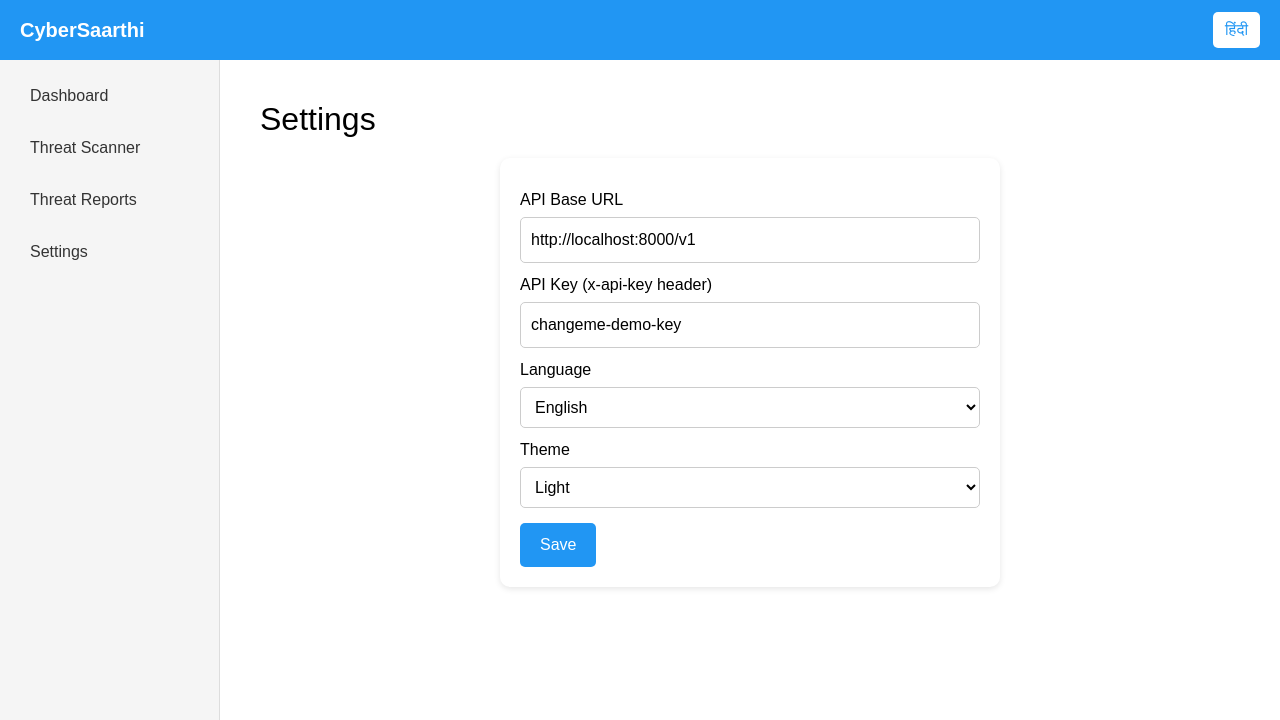
Repository: riyaaaa19/CyberSaarthi
Page: /settings (app in frontend/)
These files come from the project's save history. The page is drawn as it stood at one moment and after the next save; the edit follows.
The browser window is 1280 px wide. The pictures show the whole page.
The project was rebuilt for these pictures with package versions that can differ from the ones it lists, and the page was loaded fresh each time. Also part of the build but not shown: frontend/vite.config.ts, frontend/src/services/api.js, frontend/src/pages/Dashboard.js, frontend/src/pages/Scanner.js, frontend/src/pages/Reports.js.

Above is the page before, as saved 2025-08-21 16:50:20.

### frontend/src/index.js
import React from "react";
import ReactDOM from "react-dom/client";
import App from "./App";
import "bootstrap/dist/css/bootstrap.min.css";
import "./styles/style.css";

const root = ReactDOM.createRoot(document.getElementById("root"));
root.render(<App />);

### frontend/src/App.js
import React from "react";
import { BrowserRouter as Router, Routes, Route, Navigate } from "react-router-dom";
import Navbar from "./components/Navbar";
import Sidebar from "./components/Sidebar";
import Dashboard from "./pages/Dashboard";
import Scanner from "./pages/Scanner";
import Reports from "./pages/Reports";
import Settings from "./pages/Settings";
import { ThemeLangProvider } from "./ThemeLangContext";  // ✅ Import provider

function App() {
  const layoutStyle = { display: "flex" };
  const contentStyle = { marginLeft: "220px", flex: 1, padding: "20px" };

  return (
    <ThemeLangProvider>
      <Router>
        <Navbar />
        <div style={layoutStyle}>
          <Sidebar />
          <div style={contentStyle}>
            <Routes>
              <Route path="/" element={<Navigate to="/dashboard" />} />
              <Route path="/dashboard" element={<Dashboard />} />
              <Route path="/scanner" element={<Scanner />} />
              <Route path="/reports" element={<Reports />} />
              <Route path="/settings" element={<Settings />} />
            </Routes>
          </div>
        </div>
      </Router>
    </ThemeLangProvider>
  );
}

export default App;

### frontend/src/styles/style.css
body {
  font-family: 'Poppins', sans-serif;
  background: #f8f9fa;
}
.sidebar {
  width: 250px;
  background: #fff;
  min-height: 100vh;
}
.nav-link.active {
  background-color: #0d6efd !important;
  color: #fff !important;
}

### frontend/src/components/Navbar.js
import React from "react";
import { t, setLang } from "../i18n";

function Navbar() {
  const barStyle = {
    display: "flex",
    justifyContent: "space-between",
    alignItems: "center",
    padding: "12px 20px",
    background: "#2196f3",
    color: "white",
    position: "sticky",
    top: 0,
    zIndex: 1000
  };

  const brandStyle = { fontSize: "20px", fontWeight: "bold" };

  const toggleLang = () => {
    const current = localStorage.getItem("LANG") || "en";
    const newLang = current === "en" ? "hi" : "en";
    setLang(newLang); // reloads app with new lang
  };

  return (
    <nav style={barStyle}>
      <div style={brandStyle}>{t("app.title")}</div>
      <button
        onClick={toggleLang}
        style={{
          padding: "6px 12px",
          background: "white",
          color: "#2196f3",
          border: "none",
          borderRadius: "5px",
          cursor: "pointer"
        }}
      >
        {localStorage.getItem("LANG") === "hi" ? "EN" : "हिंदी"}
      </button>
    </nav>
  );
}

export default Navbar;

### frontend/src/components/Sidebar.js
import React from "react";
import { NavLink } from "react-router-dom";
import { t } from "../i18n";

function Sidebar() {
  const sidebarStyle = {
    width: "220px",
    background: "#f5f5f5",
    height: "100vh",
    padding: "20px",
    position: "fixed",
    top: 0,
    left: 0,
    overflowY: "auto",
    borderRight: "1px solid #ddd"
  };

  const linkStyle = {
    display: "block",
    padding: "10px",
    marginBottom: "8px",
    color: "#333",
    textDecoration: "none",
    borderRadius: "5px"
  };

  const activeStyle = {
    background: "#2196f3",
    color: "white"
  };

  return (
    <div style={sidebarStyle}>
      <h3 style={{ marginBottom: "20px" }}>Menu</h3>
      <NavLink to="/dashboard" style={linkStyle} activeStyle={activeStyle}>{t("dashboard.title")}</NavLink>
      <NavLink to="/scanner" style={linkStyle} activeStyle={activeStyle}>{t("scanner.title")}</NavLink>
      <NavLink to="/reports" style={linkStyle} activeStyle={activeStyle}>{t("reports.title")}</NavLink>
      <NavLink to="/settings" style={linkStyle} activeStyle={activeStyle}>{t("settings.title")}</NavLink>
    </div>
  );
}

export default Sidebar;

### frontend/src/pages/Settings.js
import React, { useState, useEffect } from "react";
import { t, setLang } from "../i18n";

function Settings() {
  const [apiBase, setApiBase] = useState(localStorage.getItem("API_BASE") || "http://localhost:8000/v1");
  const [apiKey, setApiKey] = useState(localStorage.getItem("API_KEY") || "changeme-demo-key");
  const [theme, setTheme] = useState(localStorage.getItem("THEME") || "light");
  const [lang, setLanguage] = useState(localStorage.getItem("LANG") || "en");

  useEffect(() => {
    document.body.style.background = theme === "dark" ? "#121212" : "#fff";
    document.body.style.color = theme === "dark" ? "#f5f5f5" : "#000";
  }, [theme]);

  const saveSettings = () => {
    localStorage.setItem("API_BASE", apiBase);
    localStorage.setItem("API_KEY", apiKey);
    localStorage.setItem("THEME", theme);
    setLang(lang); // language save + reload
  };

  const boxStyle = {
    background: theme === "dark" ? "#1e1e1e" : "#fff",
    color: theme === "dark" ? "#f5f5f5" : "#000",
    padding: "20px",
    borderRadius: "10px",
    maxWidth: "500px",
    margin: "20px auto",
    boxShadow: "0 2px 6px rgba(0,0,0,0.1)"
  };

  const labelStyle = { display: "block", margin: "10px 0 5px" };
  const inputStyle = {
    width: "100%",
    padding: "10px",
    border: "1px solid #ccc",
    borderRadius: "5px",
    background: theme === "dark" ? "#2c2c2c" : "#fff",
    color: theme === "dark" ? "#f5f5f5" : "#000"
  };
  const buttonStyle = {
    marginTop: "15px",
    padding: "10px 20px",
    background: "#2196f3",
    color: "white",
    border: "none",
    borderRadius: "5px",
    cursor: "pointer"
  };

  return (
    <div style={{ padding: "20px" }}>
      <h2>{t("settings.title")}</h2>
      <div style={boxStyle}>
        <label style={labelStyle}>{t("settings.apiBase")}</label>
        <input value={apiBase} onChange={(e) => setApiBase(e.target.value)} style={inputStyle} />

        <label style={labelStyle}>{t("settings.apiKey")}</label>
        <input value={apiKey} onChange={(e) => setApiKey(e.target.value)} style={inputStyle} />

        <label style={labelStyle}>{t("settings.lang")}</label>
        <select value={lang} onChange={(e) => setLanguage(e.target.value)} style={inputStyle}>
          <option value="en">English</option>
          <option value="hi">हिन्दी</option>
        </select>

        <label style={labelStyle}>Theme</label>
        <select value={theme} onChange={(e) => setTheme(e.target.value)} style={inputStyle}>
          <option value="light">Light</option>
          <option value="dark">Dark</option>
        </select>

        <button onClick={saveSettings} style={buttonStyle}>
          {t("settings.save")}
        </button>
      </div>
    </div>
  );
}

export default Settings;

### frontend/src/ThemeLangContext.js
import React, { createContext, useState, useEffect } from "react";

export const ThemeLangContext = createContext();

export const ThemeLangProvider = ({ children }) => {
  const [theme, setTheme] = useState(localStorage.getItem("THEME") || "light");
  const [lang, setLang] = useState(localStorage.getItem("LANG") || "en");

  // save settings persistently
  useEffect(() => {
    localStorage.setItem("THEME", theme);
    document.body.style.background = theme === "dark" ? "#121212" : "#fff";
  }, [theme]);

  useEffect(() => {
    localStorage.setItem("LANG", lang);
  }, [lang]);

  return (
    <ThemeLangContext.Provider value={{ theme, setTheme, lang, setLang }}>
      {children}
    </ThemeLangContext.Provider>
  );
};

### frontend/src/i18n.js
const MESSAGES = {
  en: {
    "app.title": "CyberSaarthi",

    // Email Scanner
    "email.safe": "Email appears safe.",
    "email.susp": "Suspicious indicators found (possible phishing).",
    "email.mal": "High-risk indicators found (likely phishing).",

    // Invoice Scanner
    "invoice.safe": "Invoice looks consistent.",
    "invoice.susp": "Suspicious invoice indicators found.",
    "invoice.mal": "Likely fraudulent invoice detected.",
    "invoice.upload": "Upload invoice file (PDF/image)",
    "invoice.paste": "Or paste invoice text",
    "invoice.scanText": "Scan Text",

    // Dashboard
    "dashboard.title": "Dashboard",
    "dashboard.total": "Total Scans",
    "dashboard.susp": "Suspicious",
    "dashboard.mal": "Malicious",

    // Reports
    "reports.title": "Threat Reports",

    // Scanner
    "scanner.title": "Threat Scanner",
    "scanner.emailTab": "Email",
    "scanner.invoiceTab": "Invoice",

    // Settings
    "settings.title": "Settings",
    "settings.apiBase": "API Base URL",
    "settings.apiKey": "API Key (x-api-key header)",
    "settings.lang": "Language",
    "settings.theme": "Theme",
    "settings.light": "Light",
    "settings.dark": "Dark",
    "settings.notifications": "Enable Notifications",
    "settings.save": "Save",
    "settings.saved": "Settings saved successfully!"
  },

  hi: {
    "app.title": "साइबर सारथी",

    // Email Scanner
    "email.safe": "ईमेल सुरक्षित प्रतीत होता है।",
    "email.susp": "संदिग्ध संकेत मिले (संभावित फ़िशिंग)।",
    "email.mal": "उच्च जोखिम संकेत (संभावित फ़िशिंग)।",

    // Invoice Scanner
    "invoice.safe": "इनवॉइस सही लगता है।",
    "invoice.susp": "इनवॉइस में संदिग्ध संकेत मिले।",
    "invoice.mal": "संभावित धोखाधड़ी वाला इनवॉइस।",
    "invoice.upload": "इनवॉइस फ़ाइल अपलोड करें (PDF/इमेज)",
    "invoice.paste": "या इनवॉइस टेक्स्ट पेस्ट करें",
    "invoice.scanText": "टेक्स्ट स्कैन करें",

    // Dashboard
    "dashboard.title": "डैशबोर्ड",
    "dashboard.total": "कुल स्कैन",
    "dashboard.susp": "संदिग्ध",
    "dashboard.mal": "हानिकारक",

    // Reports
    "reports.title": "खतरा रिपोर्ट",

    // Scanner
    "scanner.title": "खतरा स्कैनर",
    "scanner.emailTab": "ईमेल",
    "scanner.invoiceTab": "इनवॉइस",

    // Settings
    "settings.title": "सेटिंग्स",
    "settings.apiBase": "API बेस URL",
    "settings.apiKey": "API कुंजी (x-api-key हेडर)",
    "settings.lang": "भाषा",
    "settings.theme": "थीम",
    "settings.light": "हल्की",
    "settings.dark": "गहरी",
    "settings.notifications": "सूचनाएं सक्षम करें",
    "settings.save": "सहेजें",
    "settings.saved": "सेटिंग्स सफलतापूर्वक सहेजी गईं!"
  }
};

export function t(key) {
  const lang = window.localStorage.getItem("LANG") || "en";
  return MESSAGES[lang]?.[key] || key;
}

export function setLang(lang) {
  window.localStorage.setItem("LANG", lang);
  window.location.reload();
}

Loaded but not shown: frontend/public/index.html (common file)

After the next save:
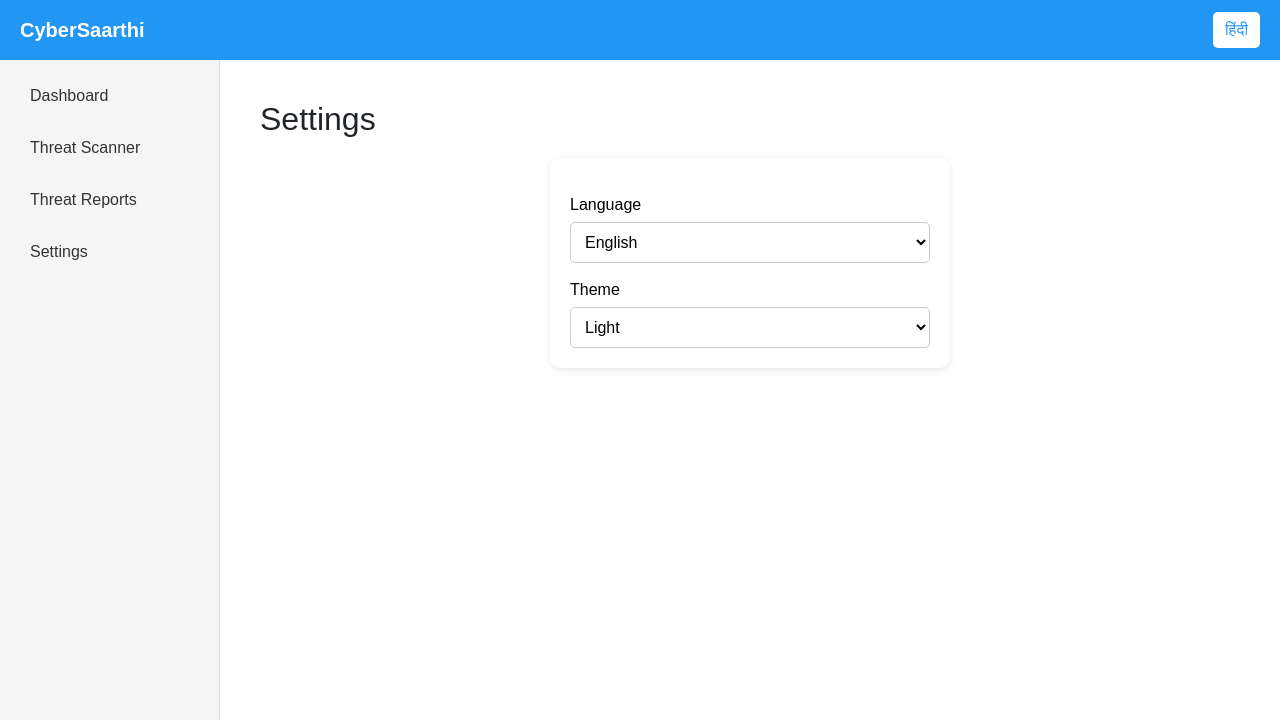
Saved 47 s later.
--- a/frontend/src/pages/Settings.js
+++ b/frontend/src/pages/Settings.js
@@ -1,36 +1,22 @@
-import React, { useState, useEffect } from "react";
-import { t, setLang } from "../i18n";
+import React, { useContext } from "react";
+import { t } from "../i18n";
+import { ThemeLangContext } from "../ThemeLangContext";
 
 function Settings() {
-  const [apiBase, setApiBase] = useState(localStorage.getItem("API_BASE") || "http://localhost:8000/v1");
-  const [apiKey, setApiKey] = useState(localStorage.getItem("API_KEY") || "changeme-demo-key");
-  const [theme, setTheme] = useState(localStorage.getItem("THEME") || "light");
-  const [lang, setLanguage] = useState(localStorage.getItem("LANG") || "en");
-
-  useEffect(() => {
-    document.body.style.background = theme === "dark" ? "#121212" : "#fff";
-    document.body.style.color = theme === "dark" ? "#f5f5f5" : "#000";
-  }, [theme]);
-
-  const saveSettings = () => {
-    localStorage.setItem("API_BASE", apiBase);
-    localStorage.setItem("API_KEY", apiKey);
-    localStorage.setItem("THEME", theme);
-    setLang(lang); // language save + reload
-  };
+  const { theme, setTheme, lang, setLang } = useContext(ThemeLangContext);
 
   const boxStyle = {
     background: theme === "dark" ? "#1e1e1e" : "#fff",
     color: theme === "dark" ? "#f5f5f5" : "#000",
     padding: "20px",
     borderRadius: "10px",
-    maxWidth: "500px",
+    maxWidth: "400px",
     margin: "20px auto",
     boxShadow: "0 2px 6px rgba(0,0,0,0.1)"
   };
 
-  const labelStyle = { display: "block", margin: "10px 0 5px" };
-  const inputStyle = {
+  const labelStyle = { display: "block", margin: "15px 0 5px" };
+  const selectStyle = {
     width: "100%",
     padding: "10px",
     border: "1px solid #ccc",
@@ -38,41 +24,24 @@ function Settings() {
     background: theme === "dark" ? "#2c2c2c" : "#fff",
     color: theme === "dark" ? "#f5f5f5" : "#000"
   };
-  const buttonStyle = {
-    marginTop: "15px",
-    padding: "10px 20px",
-    background: "#2196f3",
-    color: "white",
-    border: "none",
-    borderRadius: "5px",
-    cursor: "pointer"
-  };
 
   return (
     <div style={{ padding: "20px" }}>
       <h2>{t("settings.title")}</h2>
       <div style={boxStyle}>
-        <label style={labelStyle}>{t("settings.apiBase")}</label>
-        <input value={apiBase} onChange={(e) => setApiBase(e.target.value)} style={inputStyle} />
-
-        <label style={labelStyle}>{t("settings.apiKey")}</label>
-        <input value={apiKey} onChange={(e) => setApiKey(e.target.value)} style={inputStyle} />
-
+        {/* Language Selector */}
         <label style={labelStyle}>{t("settings.lang")}</label>
-        <select value={lang} onChange={(e) => setLanguage(e.target.value)} style={inputStyle}>
+        <select value={lang} onChange={(e) => setLang(e.target.value)} style={selectStyle}>
           <option value="en">English</option>
           <option value="hi">हिन्दी</option>
         </select>
 
+        {/* Theme Selector */}
         <label style={labelStyle}>Theme</label>
-        <select value={theme} onChange={(e) => setTheme(e.target.value)} style={inputStyle}>
+        <select value={theme} onChange={(e) => setTheme(e.target.value)} style={selectStyle}>
           <option value="light">Light</option>
           <option value="dark">Dark</option>
         </select>
-
-        <button onClick={saveSettings} style={buttonStyle}>
-          {t("settings.save")}
-        </button>
       </div>
     </div>
   );
